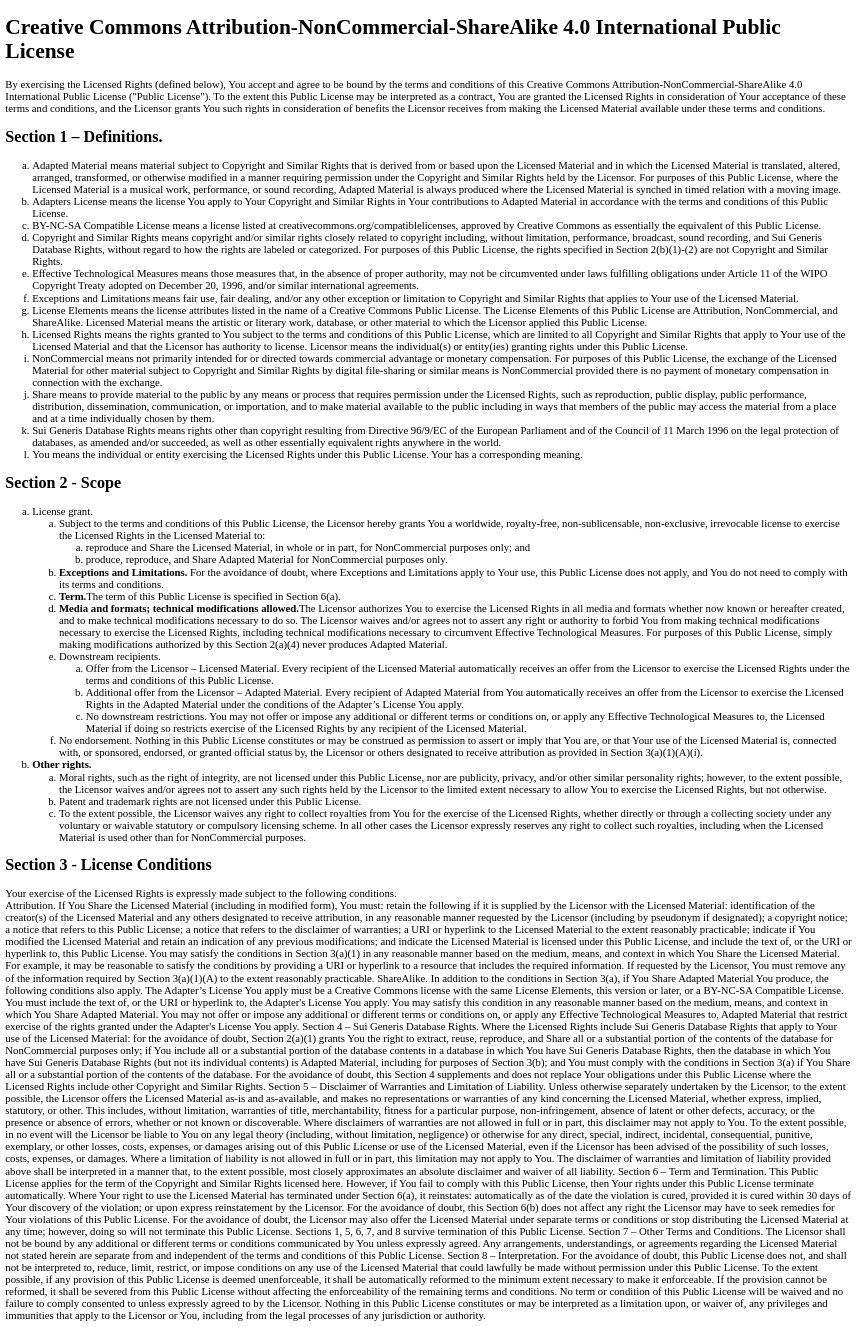
Repository: Team-Ikigami/Ascendance
Page: LICENSE-CC BY-NC-SA.html
These files come from the project's save history. The page is drawn as it stood at one moment and after the next save; the edit follows.
The browser window is 1280 px wide. The pictures show the whole page, at 67% of full size.

Above is the page before, as saved 2021-12-12 01:36:17.

### LICENSE-CC BY-NC-SA.html
<!DOCTYPE html>
<html lang="en">
<head>
	<meta charset="UTF-8">
	<meta http-equiv="X-UA-Compatible" content="IE=edge">
	<meta name="viewport" content="width=device-width, initial-scale=1.0">
	<title>LICENSE-CC BY-NC-SA</title>
	<style type="text/css">
		ol { list-style-type: lower-alpha; }
		#center { text-align: center; }
	</style>
</head>
<body>
	<h1 class="center">Creative Commons Attribution-NonCommercial-ShareAlike 4.0 International Public License</h1>
	<p>
		By exercising the Licensed Rights (defined below), You accept and agree to be bound by the terms and conditions of this Creative Commons Attribution-NonCommercial-ShareAlike 4.0 International Public License ("Public License"). To the extent this Public License may be interpreted as a contract, You are granted the Licensed Rights in consideration of Your acceptance of these terms and conditions, and the Licensor grants You such rights in consideration of benefits the Licensor receives from making the Licensed Material available under these terms and conditions.
	</p>
	<h2 class="center">Section 1 – Definitions.</h2>
	<ol>
		<li>
			Adapted Material means material subject to Copyright and Similar Rights that is derived from or based upon the Licensed Material and in which the Licensed Material is translated, altered, arranged, transformed, or otherwise modified in a manner requiring permission under the Copyright and Similar Rights held by the Licensor. For purposes of this Public License, where the Licensed Material is a musical work, performance, or sound recording, Adapted Material is always produced where the Licensed Material is synched in timed relation with a moving image.
		</li>
		<li>
			Adapters License means the license You apply to Your Copyright and Similar Rights in Your contributions to Adapted Material in accordance with the terms and conditions of this Public License.
		</li>
		<li>
			BY-NC-SA Compatible License means a license listed at creativecommons.org/compatiblelicenses, approved by Creative Commons as essentially the equivalent of this Public License.
		</li>
		<li>
			Copyright and Similar Rights means copyright and/or similar rights closely related to copyright including, without limitation, performance, broadcast, sound recording, and Sui Generis Database Rights, without regard to how the rights are labeled or categorized. For purposes of this Public License, the rights specified in Section 2(b)(1)-(2) are not Copyright and Similar Rights.
		</li>
		<li>
			Effective Technological Measures means those measures that, in the absence of proper authority, may not be circumvented under laws fulfilling obligations under Article 11 of the WIPO Copyright Treaty adopted on December 20, 1996, and/or similar international agreements.
		</li>
		<li>
			Exceptions and Limitations means fair use, fair dealing, and/or any other exception or limitation to Copyright and Similar Rights that applies to Your use of the Licensed Material.
		</li>
		<li>
			License Elements means the license attributes listed in the name of a Creative Commons Public License. The License Elements of this Public License are Attribution, NonCommercial, and ShareAlike.
			Licensed Material means the artistic or literary work, database, or other material to which the Licensor applied this Public License.
		</li>
		<li>
			Licensed Rights means the rights granted to You subject to the terms and conditions of this Public License, which are limited to all Copyright and Similar Rights that apply to Your use of the Licensed Material and that the Licensor has authority to license.
			Licensor means the individual(s) or entity(ies) granting rights under this Public License.
		</li>
		<li>
			NonCommercial means not primarily intended for or directed towards commercial advantage or monetary compensation. For purposes of this Public License, the exchange of the Licensed Material for other material subject to Copyright and Similar Rights by digital file-sharing or similar means is NonCommercial provided there is no payment of monetary compensation in connection with the exchange.
		</li>
		<li>
			Share means to provide material to the public by any means or process that requires permission under the Licensed Rights, such as reproduction, public display, public performance, distribution, dissemination, communication, or importation, and to make material available to the public including in ways that members of the public may access the material from a place and at a time individually chosen by them.
		</li>
		<li>
			Sui Generis Database Rights means rights other than copyright resulting from Directive 96/9/EC of the European Parliament and of the Council of 11 March 1996 on the legal protection of databases, as amended and/or succeeded, as well as other essentially equivalent rights anywhere in the world.
		</li>
		<li>
			You means the individual or entity exercising the Licensed Rights under this Public License. Your has a corresponding meaning.
		</li>
	</ol>
	<h2>Section 2 - Scope</h2>
	<ol>
		<li>License grant.
			<ol>
				<li>Subject to the terms and conditions of this Public License, the Licensor hereby grants You a worldwide, royalty-free, non-sublicensable, non-exclusive, irrevocable license to exercise the Licensed Rights in the Licensed Material to:
					<ol>
						<li>reproduce and Share the Licensed Material, in whole or in part, for NonCommercial purposes only; and</li>
						<li>produce, reproduce, and Share Adapted Material for NonCommercial purposes only.</li>
					</ol>
				</li>
				<li><b>Exceptions and Limitations.</b> For the avoidance of doubt, where Exceptions and Limitations apply to Your use, this Public License does not apply, and You do not need to comply with its terms and conditions.</li>
				<li><b>Term.</b>The term of this Public License is specified in Section 6(a).</li>
				<li><b>Media and formats; technical modifications allowed.</b>The Licensor authorizes You to exercise the Licensed Rights in all media and formats whether now known or hereafter created, and to make technical modifications necessary to do so. The Licensor waives and/or agrees not to assert any right or authority to forbid You from making technical modifications necessary to exercise the Licensed Rights, including technical modifications necessary to circumvent Effective Technological Measures. For purposes of this Public License, simply making modifications authorized by this Section 2(a)(4) never produces Adapted Material.</li>
				<li>Downstream recipients.
					<ol>
						<li>Offer from the Licensor – Licensed Material. Every recipient of the Licensed Material automatically receives an offer from the Licensor to exercise the Licensed Rights under the terms and conditions of this Public License.</li>
						<li>Additional offer from the Licensor – Adapted Material. Every recipient of Adapted Material from You automatically receives an offer from the Licensor to exercise the Licensed Rights in the Adapted Material under the conditions of the Adapter’s License You apply.</li>
						<li>No downstream restrictions. You may not offer or impose any additional or different terms or conditions on, or apply any Effective Technological Measures to, the Licensed Material if doing so restricts exercise of the Licensed Rights by any recipient of the Licensed Material.</li>
					</ol>
				</li>
				<li>No endorsement. Nothing in this Public License constitutes or may be construed as permission to assert or imply that You are, or that Your use of the Licensed Material is, connected with, or sponsored, endorsed, or granted official status by, the Licensor or others designated to receive attribution as provided in Section 3(a)(1)(A)(i).</li>
			</ol>
		</li>
		<li><b>Other rights.</b>
			<ol>
				<li>Moral rights, such as the right of integrity, are not licensed under this Public License, nor are publicity, privacy, and/or other similar personality rights; however, to the extent possible, the Licensor waives and/or agrees not to assert any such rights held by the Licensor to the limited extent necessary to allow You to exercise the Licensed Rights, but not otherwise.</li>
				<li>Patent and trademark rights are not licensed under this Public License.</li>
				<li>To the extent possible, the Licensor waives any right to collect royalties from You for the exercise of the Licensed Rights, whether directly or through a collecting society under any voluntary or waivable statutory or compulsory licensing scheme. In all other cases the Licensor expressly reserves any right to collect such royalties, including when the Licensed Material is used other than for NonCommercial purposes.</li>
			</ol>
		</li>
	</ol>
	<div>
		<h2>Section 3 - License Conditions</h2>
		Your exercise of the Licensed Rights is expressly made subject to the following conditions.
	</div>
</body>
</html>

Attribution.

If You Share the Licensed Material (including in modified form), You must:

retain the following if it is supplied by the Licensor with the Licensed Material:
identification of the creator(s) of the Licensed Material and any others designated to receive attribution, in any reasonable manner requested by the Licensor (including by pseudonym if designated);
a copyright notice;
a notice that refers to this Public License;
a notice that refers to the disclaimer of warranties;
a URI or hyperlink to the Licensed Material to the extent reasonably practicable;
indicate if You modified the Licensed Material and retain an indication of any previous modifications; and
indicate the Licensed Material is licensed under this Public License, and include the text of, or the URI or hyperlink to, this Public License.
You may satisfy the conditions in Section 3(a)(1) in any reasonable manner based on the medium, means, and context in which You Share the Licensed Material. For example, it may be reasonable to satisfy the conditions by providing a URI or hyperlink to a resource that includes the required information.
If requested by the Licensor, You must remove any of the information required by Section 3(a)(1)(A) to the extent reasonably practicable.
ShareAlike.
In addition to the conditions in Section 3(a), if You Share Adapted Material You produce, the following conditions also apply.

The Adapter’s License You apply must be a Creative Commons license with the same License Elements, this version or later, or a BY-NC-SA Compatible License.
You must include the text of, or the URI or hyperlink to, the Adapter's License You apply. You may satisfy this condition in any reasonable manner based on the medium, means, and context in which You Share Adapted Material.
You may not offer or impose any additional or different terms or conditions on, or apply any Effective Technological Measures to, Adapted Material that restrict exercise of the rights granted under the Adapter's License You apply.
Section 4 – Sui Generis Database Rights.

Where the Licensed Rights include Sui Generis Database Rights that apply to Your use of the Licensed Material:

for the avoidance of doubt, Section 2(a)(1) grants You the right to extract, reuse, reproduce, and Share all or a substantial portion of the contents of the database for NonCommercial purposes only;
if You include all or a substantial portion of the database contents in a database in which You have Sui Generis Database Rights, then the database in which You have Sui Generis Database Rights (but not its individual contents) is Adapted Material, including for purposes of Section 3(b); and
You must comply with the conditions in Section 3(a) if You Share all or a substantial portion of the contents of the database.
For the avoidance of doubt, this Section 4 supplements and does not replace Your obligations under this Public License where the Licensed Rights include other Copyright and Similar Rights.
Section 5 – Disclaimer of Warranties and Limitation of Liability.

Unless otherwise separately undertaken by the Licensor, to the extent possible, the Licensor offers the Licensed Material as-is and as-available, and makes no representations or warranties of any kind concerning the Licensed Material, whether express, implied, statutory, or other. This includes, without limitation, warranties of title, merchantability, fitness for a particular purpose, non-infringement, absence of latent or other defects, accuracy, or the presence or absence of errors, whether or not known or discoverable. Where disclaimers of warranties are not allowed in full or in part, this disclaimer may not apply to You.
To the extent possible, in no event will the Licensor be liable to You on any legal theory (including, without limitation, negligence) or otherwise for any direct, special, indirect, incidental, consequential, punitive, exemplary, or other losses, costs, expenses, or damages arising out of this Public License or use of the Licensed Material, even if the Licensor has been advised of the possibility of such losses, costs, expenses, or damages. Where a limitation of liability is not allowed in full or in part, this limitation may not apply to You.
The disclaimer of warranties and limitation of liability provided above shall be interpreted in a manner that, to the extent possible, most closely approximates an absolute disclaimer and waiver of all liability.
Section 6 – Term and Termination.

This Public License applies for the term of the Copyright and Similar Rights licensed here. However, if You fail to comply with this Public License, then Your rights under this Public License terminate automatically.
Where Your right to use the Licensed Material has terminated under Section 6(a), it reinstates:

automatically as of the date the violation is cured, provided it is cured within 30 days of Your discovery of the violation; or
upon express reinstatement by the Licensor.
For the avoidance of doubt, this Section 6(b) does not affect any right the Licensor may have to seek remedies for Your violations of this Public License.
For the avoidance of doubt, the Licensor may also offer the Licensed Material under separate terms or conditions or stop distributing the Licensed Material at any time; however, doing so will not terminate this Public License.
Sections 1, 5, 6, 7, and 8 survive termination of this Public License.
Section 7 – Other Terms and Conditions.

The Licensor shall not be bound by any additional or different terms or conditions communicated by You unless expressly agreed.
Any arrangements, understandings, or agreements regarding the Licensed Material not stated herein are separate from and independent of the terms and conditions of this Public License.
Section 8 – Interpretation.

For the avoidance of doubt, this Public License does not, and shall not be interpreted to, reduce, limit, restrict, or impose conditions on any use of the Licensed Material that could lawfully be made without permission under this Public License.
To the extent possible, if any provision of this Public License is deemed unenforceable, it shall be automatically reformed to the minimum extent necessary to make it enforceable. If the provision cannot be reformed, it shall be severed from this Public License without affecting the enforceability of the remaining terms and conditions.
No term or condition of this Public License will be waived and no failure to comply consented to unless expressly agreed to by the Licensor.
Nothing in this Public License constitutes or may be interpreted as a limitation upon, or waiver of, any privileges and immunities that apply to the Licensor or You, including from the legal processes of any jurisdiction or authority.

After the next save:
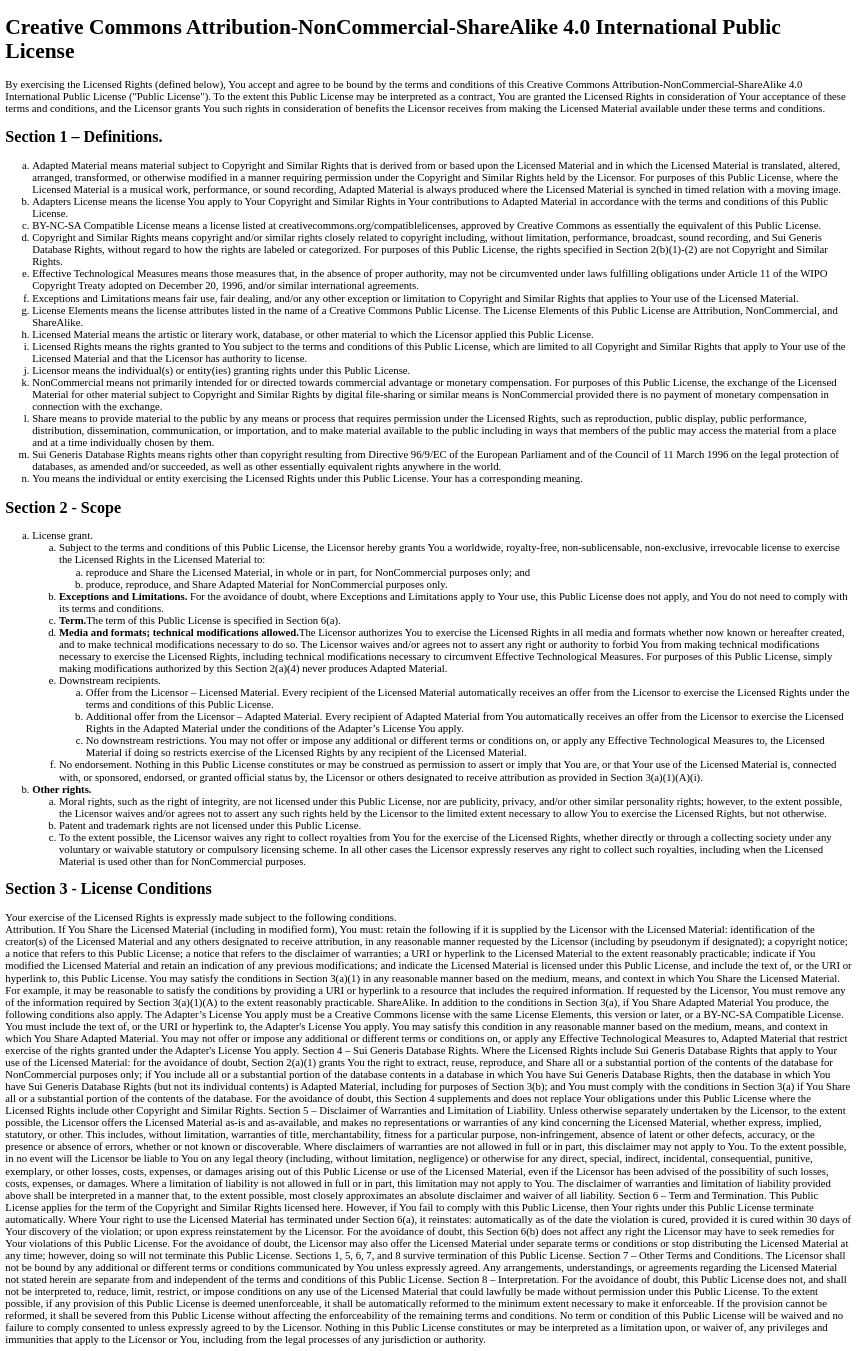
Saved 4 min 59 s later.
--- a/LICENSE-CC BY-NC-SA.html
+++ b/LICENSE-CC BY-NC-SA.html
@@ -17,44 +17,20 @@
 	</p>
 	<h2 class="center">Section 1 – Definitions.</h2>
 	<ol>
-		<li>
-			Adapted Material means material subject to Copyright and Similar Rights that is derived from or based upon the Licensed Material and in which the Licensed Material is translated, altered, arranged, transformed, or otherwise modified in a manner requiring permission under the Copyright and Similar Rights held by the Licensor. For purposes of this Public License, where the Licensed Material is a musical work, performance, or sound recording, Adapted Material is always produced where the Licensed Material is synched in timed relation with a moving image.
-		</li>
-		<li>
-			Adapters License means the license You apply to Your Copyright and Similar Rights in Your contributions to Adapted Material in accordance with the terms and conditions of this Public License.
-		</li>
-		<li>
-			BY-NC-SA Compatible License means a license listed at creativecommons.org/compatiblelicenses, approved by Creative Commons as essentially the equivalent of this Public License.
-		</li>
-		<li>
-			Copyright and Similar Rights means copyright and/or similar rights closely related to copyright including, without limitation, performance, broadcast, sound recording, and Sui Generis Database Rights, without regard to how the rights are labeled or categorized. For purposes of this Public License, the rights specified in Section 2(b)(1)-(2) are not Copyright and Similar Rights.
-		</li>
-		<li>
-			Effective Technological Measures means those measures that, in the absence of proper authority, may not be circumvented under laws fulfilling obligations under Article 11 of the WIPO Copyright Treaty adopted on December 20, 1996, and/or similar international agreements.
-		</li>
-		<li>
-			Exceptions and Limitations means fair use, fair dealing, and/or any other exception or limitation to Copyright and Similar Rights that applies to Your use of the Licensed Material.
-		</li>
-		<li>
-			License Elements means the license attributes listed in the name of a Creative Commons Public License. The License Elements of this Public License are Attribution, NonCommercial, and ShareAlike.
-			Licensed Material means the artistic or literary work, database, or other material to which the Licensor applied this Public License.
-		</li>
-		<li>
-			Licensed Rights means the rights granted to You subject to the terms and conditions of this Public License, which are limited to all Copyright and Similar Rights that apply to Your use of the Licensed Material and that the Licensor has authority to license.
-			Licensor means the individual(s) or entity(ies) granting rights under this Public License.
-		</li>
-		<li>
-			NonCommercial means not primarily intended for or directed towards commercial advantage or monetary compensation. For purposes of this Public License, the exchange of the Licensed Material for other material subject to Copyright and Similar Rights by digital file-sharing or similar means is NonCommercial provided there is no payment of monetary compensation in connection with the exchange.
-		</li>
-		<li>
-			Share means to provide material to the public by any means or process that requires permission under the Licensed Rights, such as reproduction, public display, public performance, distribution, dissemination, communication, or importation, and to make material available to the public including in ways that members of the public may access the material from a place and at a time individually chosen by them.
-		</li>
-		<li>
-			Sui Generis Database Rights means rights other than copyright resulting from Directive 96/9/EC of the European Parliament and of the Council of 11 March 1996 on the legal protection of databases, as amended and/or succeeded, as well as other essentially equivalent rights anywhere in the world.
-		</li>
-		<li>
-			You means the individual or entity exercising the Licensed Rights under this Public License. Your has a corresponding meaning.
-		</li>
+		<li>Adapted Material means material subject to Copyright and Similar Rights that is derived from or based upon the Licensed Material and in which the Licensed Material is translated, altered, arranged, transformed, or otherwise modified in a manner requiring permission under the Copyright and Similar Rights held by the Licensor. For purposes of this Public License, where the Licensed Material is a musical work, performance, or sound recording, Adapted Material is always produced where the Licensed Material is synched in timed relation with a moving image.</li>
+		<li>Adapters License means the license You apply to Your Copyright and Similar Rights in Your contributions to Adapted Material in accordance with the terms and conditions of this Public License.</li>
+		<li>BY-NC-SA Compatible License means a license listed at creativecommons.org/compatiblelicenses, approved by Creative Commons as essentially the equivalent of this Public License.</li>
+		<li>Copyright and Similar Rights means copyright and/or similar rights closely related to copyright including, without limitation, performance, broadcast, sound recording, and Sui Generis Database Rights, without regard to how the rights are labeled or categorized. For purposes of this Public License, the rights specified in Section 2(b)(1)-(2) are not Copyright and Similar Rights.</li>
+		<li>Effective Technological Measures means those measures that, in the absence of proper authority, may not be circumvented under laws fulfilling obligations under Article 11 of the WIPO Copyright Treaty adopted on December 20, 1996, and/or similar international agreements.</li>
+		<li>Exceptions and Limitations means fair use, fair dealing, and/or any other exception or limitation to Copyright and Similar Rights that applies to Your use of the Licensed Material.</li>
+		<li>License Elements means the license attributes listed in the name of a Creative Commons Public License. The License Elements of this Public License are Attribution, NonCommercial, and ShareAlike.</li>
+		<li>Licensed Material means the artistic or literary work, database, or other material to which the Licensor applied this Public License.</li>
+		<li>Licensed Rights means the rights granted to You subject to the terms and conditions of this Public License, which are limited to all Copyright and Similar Rights that apply to Your use of the Licensed Material and that the Licensor has authority to license.</li>
+		<li>Licensor means the individual(s) or entity(ies) granting rights under this Public License.</li>
+		<li>NonCommercial means not primarily intended for or directed towards commercial advantage or monetary compensation. For purposes of this Public License, the exchange of the Licensed Material for other material subject to Copyright and Similar Rights by digital file-sharing or similar means is NonCommercial provided there is no payment of monetary compensation in connection with the exchange.</li>
+		<li>Share means to provide material to the public by any means or process that requires permission under the Licensed Rights, such as reproduction, public display, public performance, distribution, dissemination, communication, or importation, and to make material available to the public including in ways that members of the public may access the material from a place and at a time individually chosen by them.</li>
+		<li>Sui Generis Database Rights means rights other than copyright resulting from Directive 96/9/EC of the European Parliament and of the Council of 11 March 1996 on the legal protection of databases, as amended and/or succeeded, as well as other essentially equivalent rights anywhere in the world.</li>
+		<li>You means the individual or entity exercising the Licensed Rights under this Public License. Your has a corresponding meaning.</li>
 	</ol>
 	<h2>Section 2 - Scope</h2>
 	<ol>
